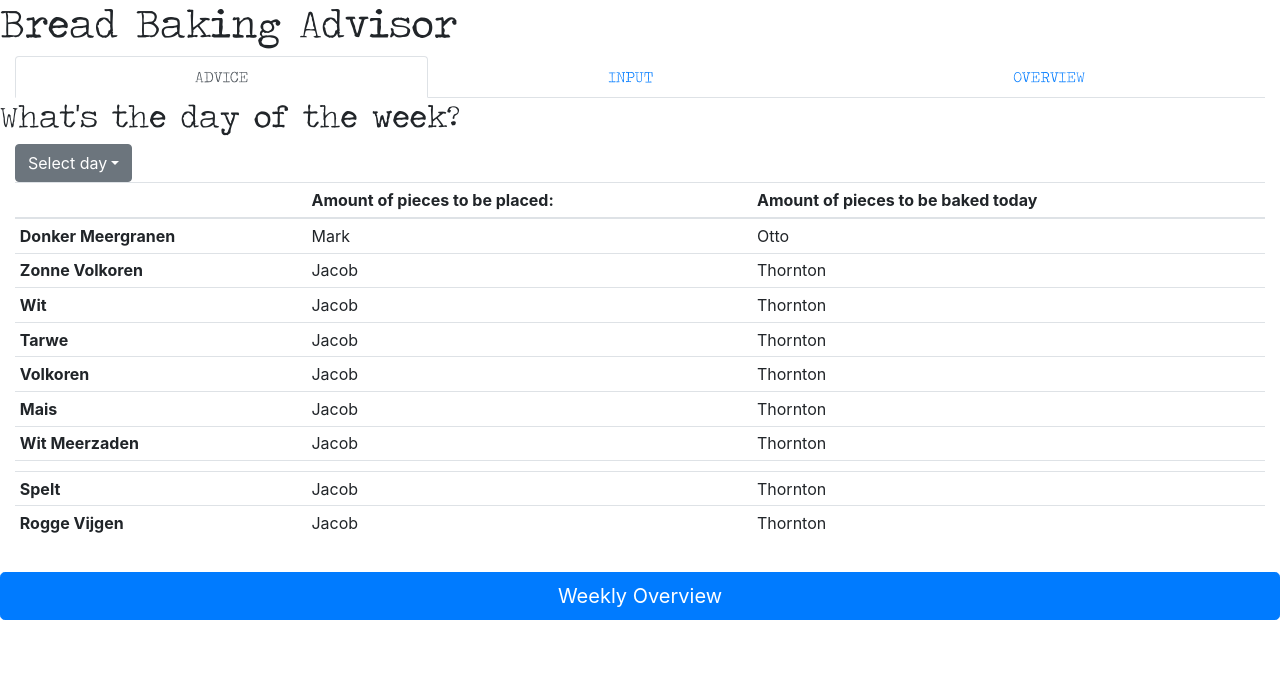
Repository: MarthGimenzo/bread-baking-advisor
Page: index.html
The author's editor kept a record of every edit. The page is drawn from the files as they stood at one moment, then again after the next edit.
The browser window is 1280 px wide. The pictures show the whole page.

Above is the page before.

After the next edit:
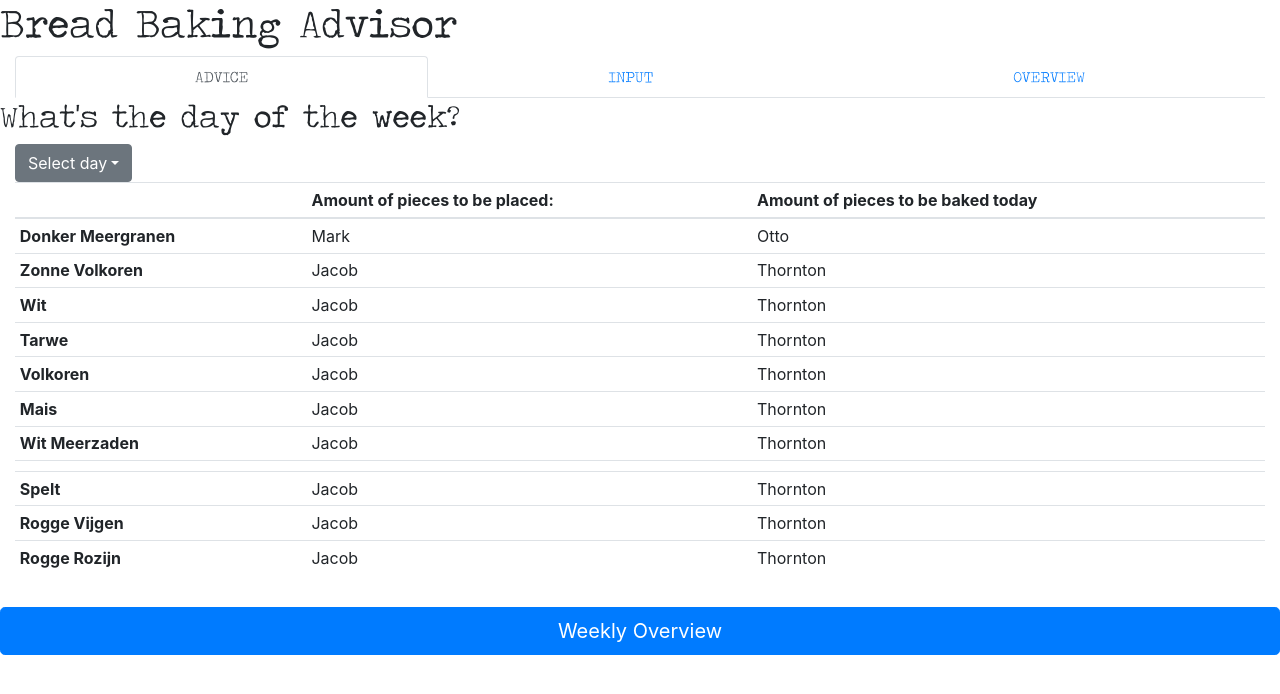
The edit:
--- a/index.html
+++ b/index.html
@@ -104,6 +104,11 @@
                     <td>Jacob</td>
                     <td>Thornton</td>
                 </tr>
+                <tr>
+                    <th scope="row">Rogge Rozijn</th>
+                    <td>Jacob</td>
+                    <td>Thornton</td>
+                </tr>
             </tbody>
         </table>
     </div>
